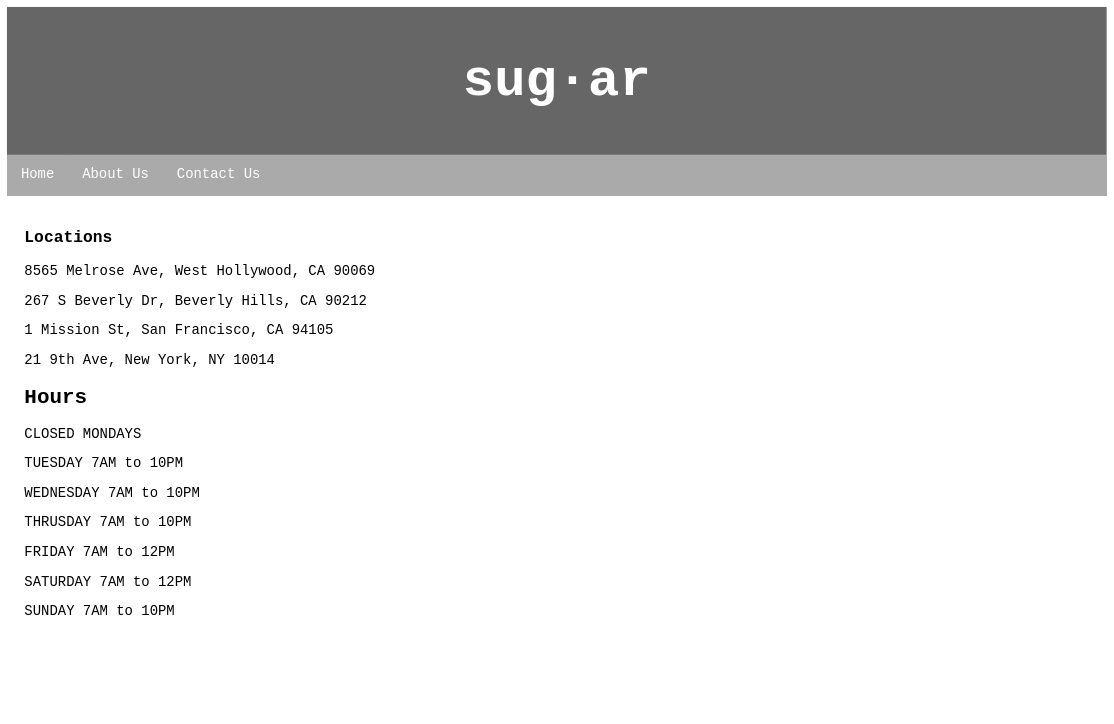
Repository: lavaghimire/lavaghimire.github.io
Page: WEBSITE/contact.html
The author's editor kept a record of every edit. The page is drawn from the files as they stood at one moment, then again after the next edit.
The browser window is 1280 px wide. The pictures show the whole page, at 87% of full size.

Above is the page before.

After the next edit:
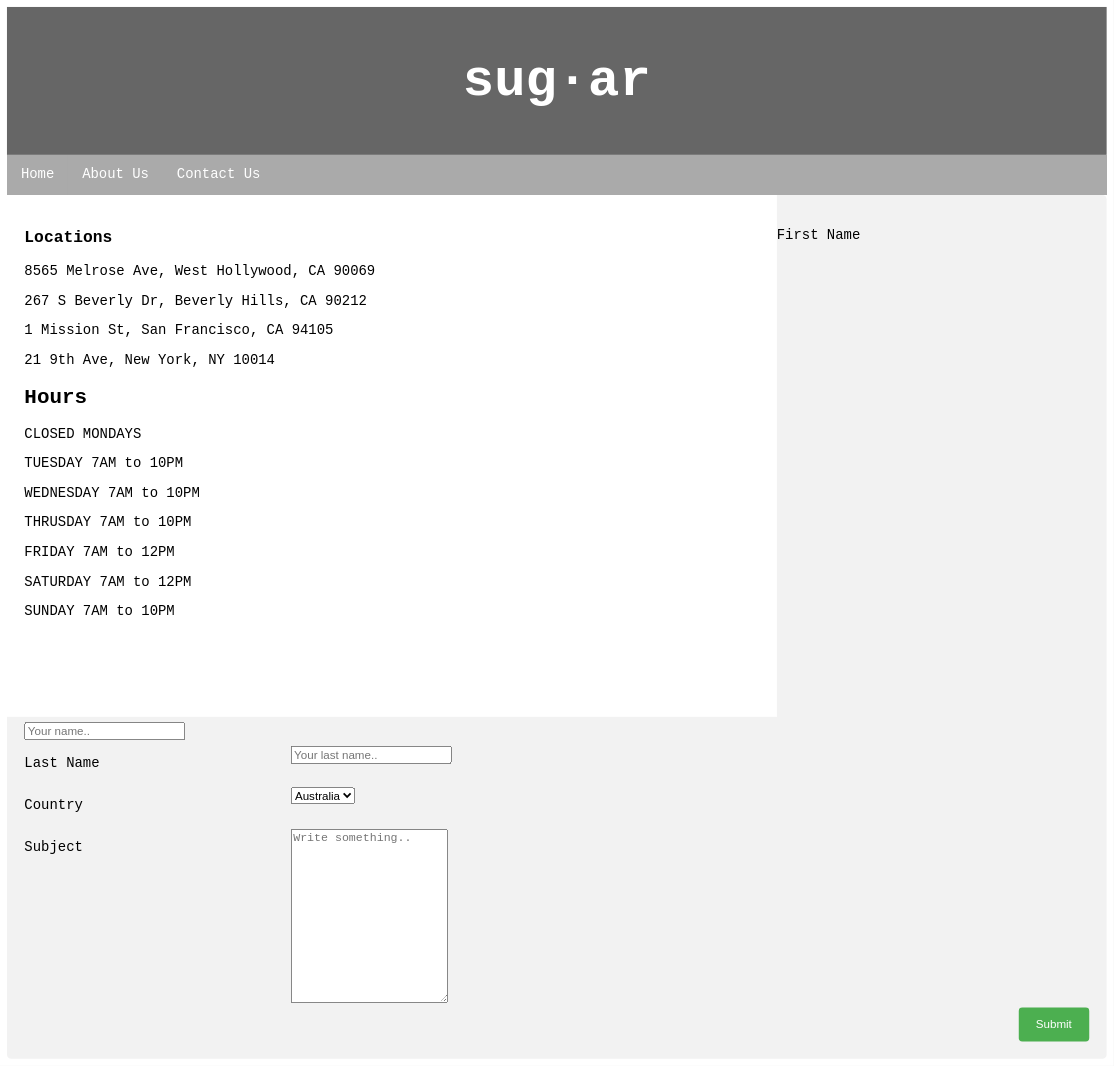
The edit:
--- a/WEBSITE/contact.html
+++ b/WEBSITE/contact.html
@@ -176,6 +176,50 @@
 
   </article>
 
+  <div class="container">
+  <form action="/action_page.php">
+  <div class="row">
+    <div class="col-25">
+      <label for="fname">First Name</label>
+    </div>
+    <div class="col-75">
+      <input type="text" id="fname" name="firstname" placeholder="Your name..">
+    </div>
+  </div>
+  <div class="row">
+    <div class="col-25">
+      <label for="lname">Last Name</label>
+    </div>
+    <div class="col-75">
+      <input type="text" id="lname" name="lastname" placeholder="Your last name..">
+    </div>
+  </div>
+  <div class="row">
+    <div class="col-25">
+      <label for="country">Country</label>
+    </div>
+    <div class="col-75">
+      <select id="country" name="country">
+        <option value="australia">Australia</option>
+        <option value="canada">Canada</option>
+        <option value="usa">USA</option>
+      </select>
+    </div>
+  </div>
+  <div class="row">
+    <div class="col-25">
+      <label for="subject">Subject</label>
+    </div>
+    <div class="col-75">
+      <textarea id="subject" name="subject" placeholder="Write something.." style="height:200px"></textarea>
+    </div>
+  </div>
+  <div class="row">
+    <input type="submit" value="Submit">
+  </div>
+  </form>
+</div>
+
 
 
 
